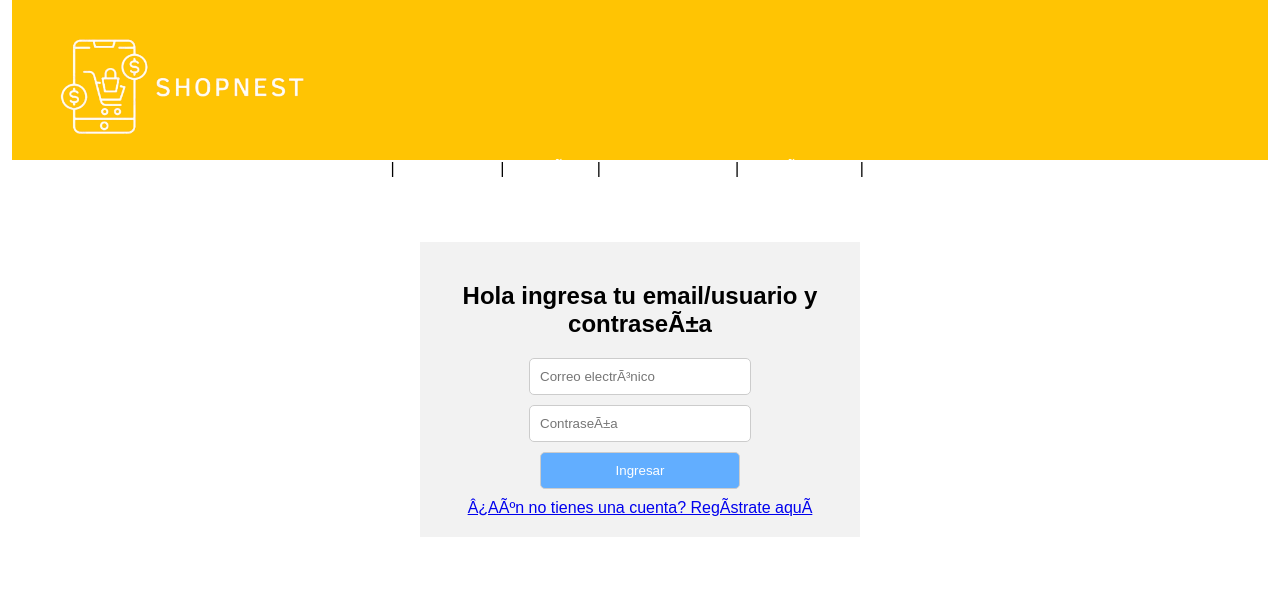
Repository: Regmalek07/ProyectoU
Page: inicio_sesion.html
An editor plug-in stored every save of this project. The page is shown before and after the next save, followed by the edit.
The browser window is 1280 px wide. The pictures show the whole page.

Above is the page before, as saved 2024-04-29 14:24:59.
Console error: TypeError: Cannot read properties of null (reading 'style')

### inicio_sesion.html
<!DOCTYPE html>
<html>
    <head lang="es">
        <meta charset="UFT-8">
        <title>Inicio</title>
        <link rel="stylesheet" href="styles/styles.css">
    </head>
    <body>
        <header>
            <div class="logo">
                <a href="home.html">
                    <img src="images/Logo_1.png" alt="LogoShop">
                </a>
            </div>
        </header>
        <div class=".menu-container">
            <nav>
                <ul>
                    <li><a href="home.html">Inicio</a><span>|</span></li>
                    <li><a href="destacado.html">Destacados</a><span>|</span></li>
                    <li><a href="resena.html">Reseñas</a><span>|</span></li>
                    <li><a href="sobre_nosotros.html">Sobre nosotros</a><span>|</span></li>
                    <li><a href="contacto.html">Contáctanos</a><span>|</span></li>
                    <li class="menu"> <!-- Cambia la clase a "menu" -->
                        <a>Ingresar</a>
                        <ul>
                            <li><a href="inicio_sesion.html">Iniciar Sesion</a></li>
                            <li><a href="registro.html">Regístrate</a></li>
                        </ul>
                    </li>
                </ul>
            </nav>
        </div>
        <section class="landing">
            <h1>Hola ingresa tu email/usuario y contraseña</h1>
            <form id="login-form">
                <input type="email" name="correo" placeholder="Correo electrónico" required>
                <input type="password" name="contrasena" placeholder="Contraseña" required>
                <button type="submit">Ingresar</button>
            </form>
            <a href="registro.html">¿Aún no tienes una cuenta? Regístrate aquí</a>
        </section>
        <script src="login.js"></script>
    </body>
</html>

### styles/styles.css
body {
    font-family: Arial, sans-serif;
    margin: 0;
    padding: 0;
    display: flex;
    flex-direction: column;
    align-items: center;
}

h1 {
    text-align: center;
}

p {
    text-align: center;
}
/* Estilos para el banner */

header {
    background-color: #ffc403;
    padding: 20px;
    display: flex;
    justify-content: space-between;
    align-items: center;
    max-height: 120px;
    width: 95%;
}

.logo img {
    width: 300px;
}

/* Estilos para la sección de landing */
.landing {
    background-color: #f2f2f2;
    margin: 5% 0;
    padding: 20px;
    text-align: center;
    max-width: 400px;
}

/* Estilos para los formularios */
input[type="email"],
input[type="password"],
button {
    margin: 10px auto;
    padding: 10px;
    width: 200px;
    display: block;
    border: 1px solid #ccc;
    border-radius: 5px;
}

button {
    background-color: #62aeff;
    color: #fff;
    cursor: pointer;
}

.menu-container {
    background-color: #ffc403; /* Color del encabezado */
    padding: 10px 0; /* Agrega un poco de espacio alrededor del menú */
}

nav {
    margin-top: auto;

}

nav ul {
    list-style-type: none;
    margin: 0;
    padding: 0;
    display: flex;
    justify-content: center;
}

nav li {
    margin-right: 20px;
    position: relative;
}

nav li:last-child {
    margin-right: 0;
}

nav span {
    position: absolute;
    top: 50%;
    right: -10px;
    transform: translateY(-50%);
}

nav a {
    text-decoration: none;
    color: #fff;
    font-weight: bold;
}

nav a:hover {
    color: #105;
}

.menu {
    position: relative;
    text-align: center;
}

.menu:hover {
    background-color: #fff; /* Cambia el fondo al pasar el ratón */
}

.menu ul {
    list-style-type: none;
    padding: 0;
    margin: 0;
    display: none; /* Oculta las opciones por defecto */
    position: absolute;
    top: 100%;
    left: 0;
    width: 100%;
}

.menu:hover ul {
    display: block; /* Muestra las opciones al pasar el ratón */
}

.menu ul li:first-child {
    border-top: none; /* Elimina el borde superior del primer elemento */
}

.menu ul li a {
    display: block;
    text-decoration: none;
    color: #ffc403; /* Cambia el color del texto a amarillo */
    padding: 10px; /* Añade un relleno para mejorar la apariencia */
}

.menu ul li a:hover {
    background-color: #fff; /* Cambia el fondo al pasar el ratón */
    color: #ffc403; /* Cambia el color del texto al pasar el ratón */
}

### login.js
document.addEventListener("DOMContentLoaded", function() {
    // Verificar el estado de autenticación al cargar la página
    var isAuthenticated = localStorage.getItem("authenticated");

    if (isAuthenticated) {
        // Si el usuario no está autenticado, redirigir al inicio de sesión
        window.location.href = "home.html";
    } else {
        // Si el usuario no está autenticado, ocultar el botón de cierre de sesión
        document.getElementById("logout-button").style.display = "none";
    }
});
document.getElementById("login-form").addEventListener("submit", function(event) {
    event.preventDefault(); // Evitar el envío del formulario por defecto

    var formData = new FormData(this); // Obtener los datos del formulario

    // Convertir los datos del formulario a un objeto JSON
    var jsonData = {};
    formData.forEach(function(value, key) {
        jsonData[key] = value;
    });

    // Enviar los datos de inicio de sesión al servidor
    fetch('http://localhost:3000/usuarios?correo=' + encodeURIComponent(jsonData.correo) + '&contrasena=' + encodeURIComponent(jsonData.contrasena))
    .then(response => response.json())
    .then(data => {
        if (data.length > 0) {
            // Usuario autenticado, guardar estado de autenticación
            localStorage.setItem("authenticated", "true");
            // Usuario autenticado, redirigir a la página de home
            window.location.href = 'home.html';
        } else {
            // Credenciales incorrectas, mostrar un mensaje de error
            alert('Usuario o contraseña incorrectos. Por favor, inténtelo de nuevo.');
        }
    })
    .catch((error) => {
        console.error('Error al iniciar sesión:', error);
    });
});

After the next save:
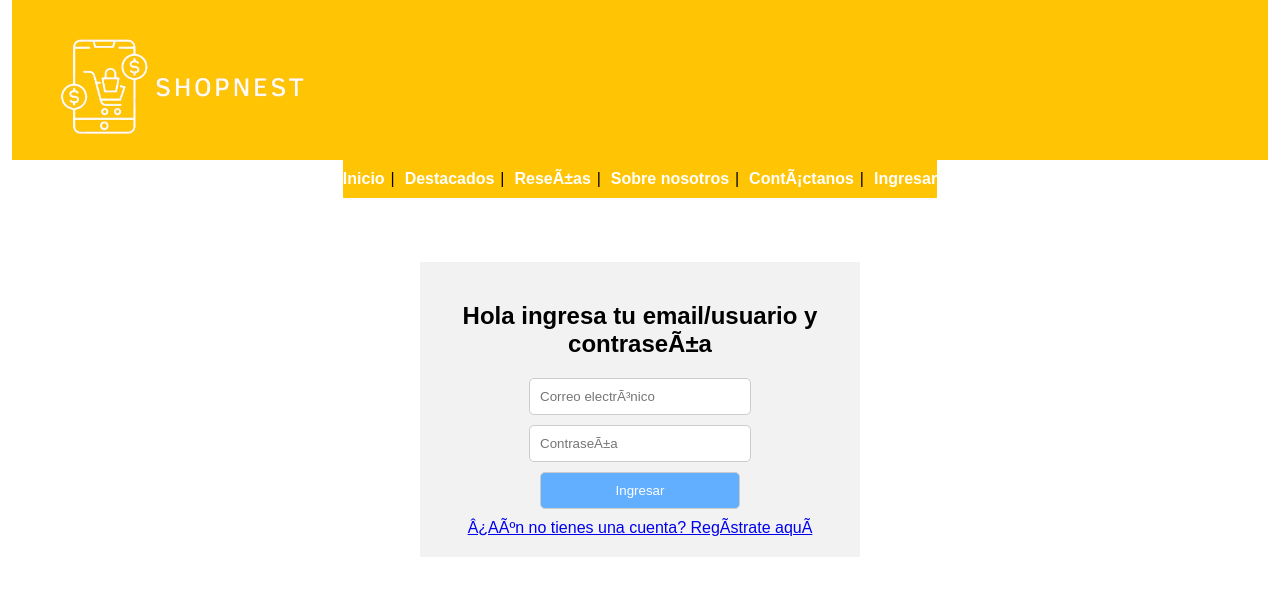
Saved 31 s later.
--- a/inicio_sesion.html
+++ b/inicio_sesion.html
@@ -13,7 +13,7 @@
                 </a>
             </div>
         </header>
-        <div class=".menu-container">
+        <div class="menu-container">
             <nav>
                 <ul>
                     <li><a href="home.html">Inicio</a><span>|</span></li>
